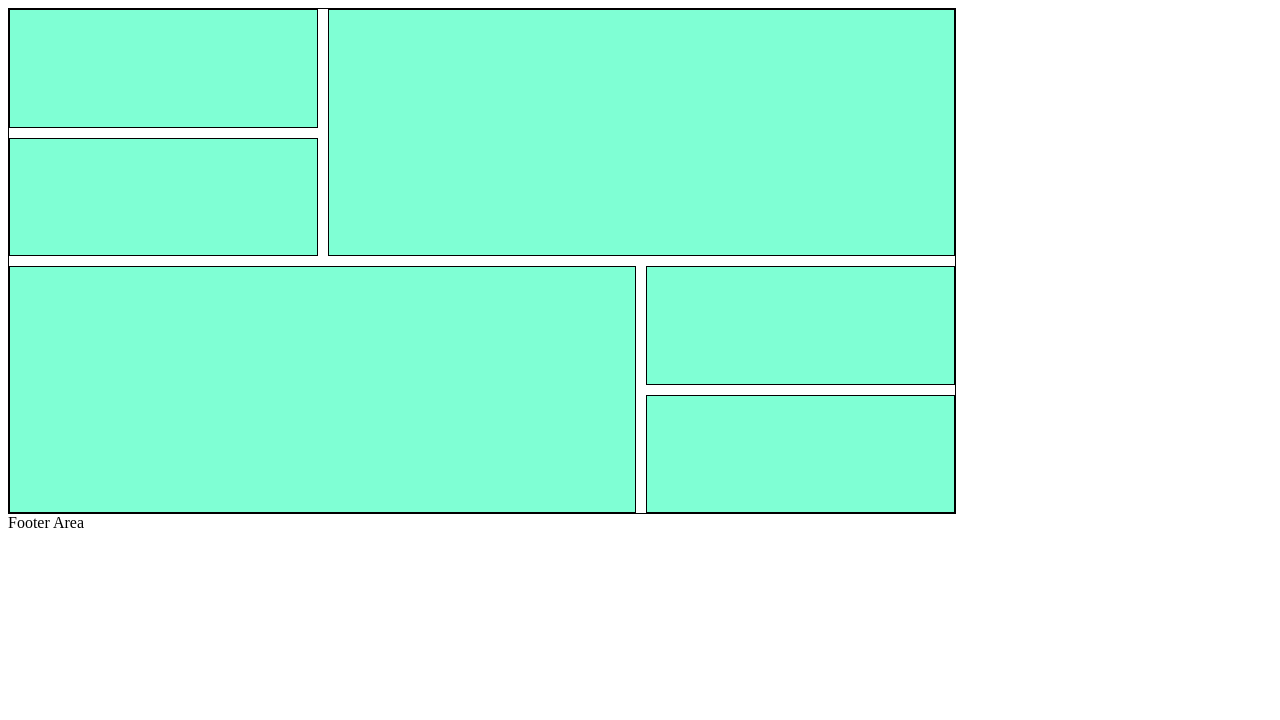
Repository: BwesewB/Brutalist-Website
Page: /
These files come from the project's save history. The page is drawn as it stood at one moment and after the next save; the edit follows.
The browser window is 1280 px wide. The pictures show the whole page.
The project was rebuilt for these pictures with package versions that can differ from the ones it lists, and the page was loaded fresh each time. The framework's server and built-in components were replaced by stand-ins that run in the browser. Also part of the build but not shown: next.config.mjs.

Above is the page before, as saved 2024-02-03 17:07:10.

After the next save:
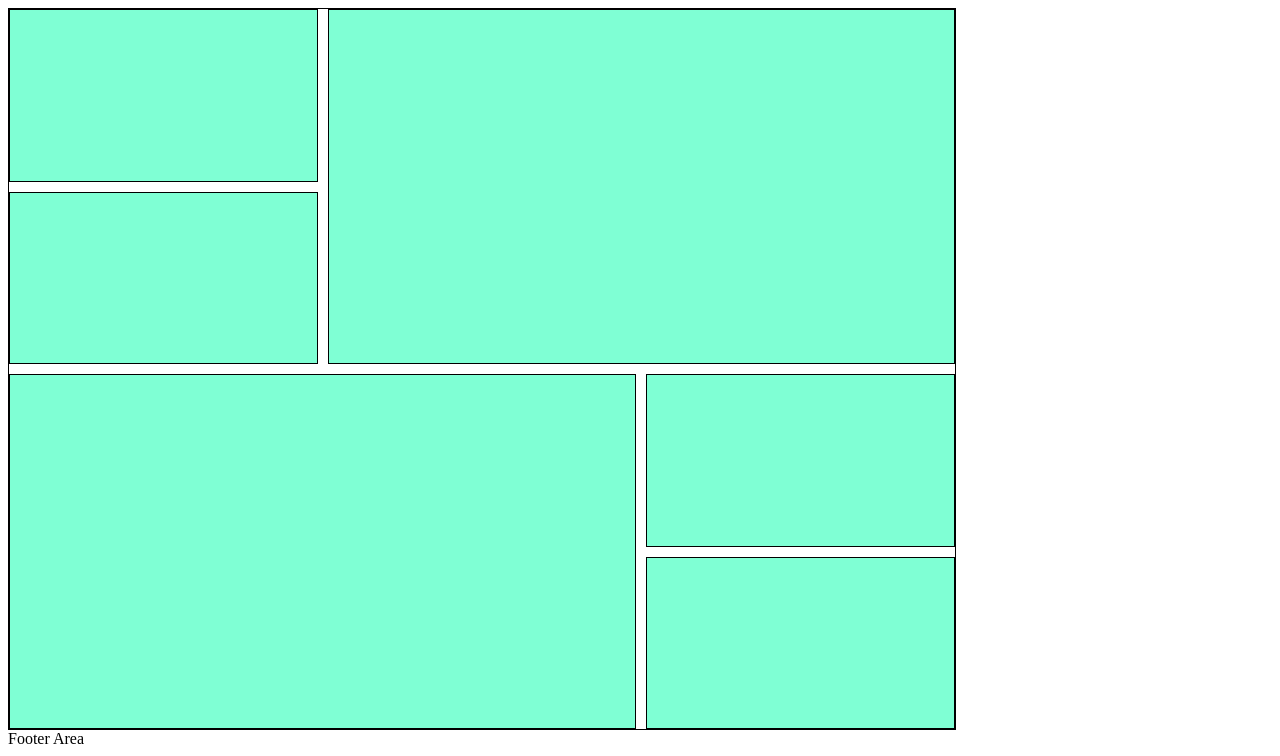
Saved 5 s later.
--- a/styles/Home.module.css
+++ b/styles/Home.module.css
@@ -35,7 +35,7 @@
   grid-template-rows: repeat(4, 1fr);
   gap: 10px;
   border: 1px solid black;
-  height:70vh;
+  height:100vh;
 }
 /*---------------------------------------------------------------------------------------------------------*/
 
